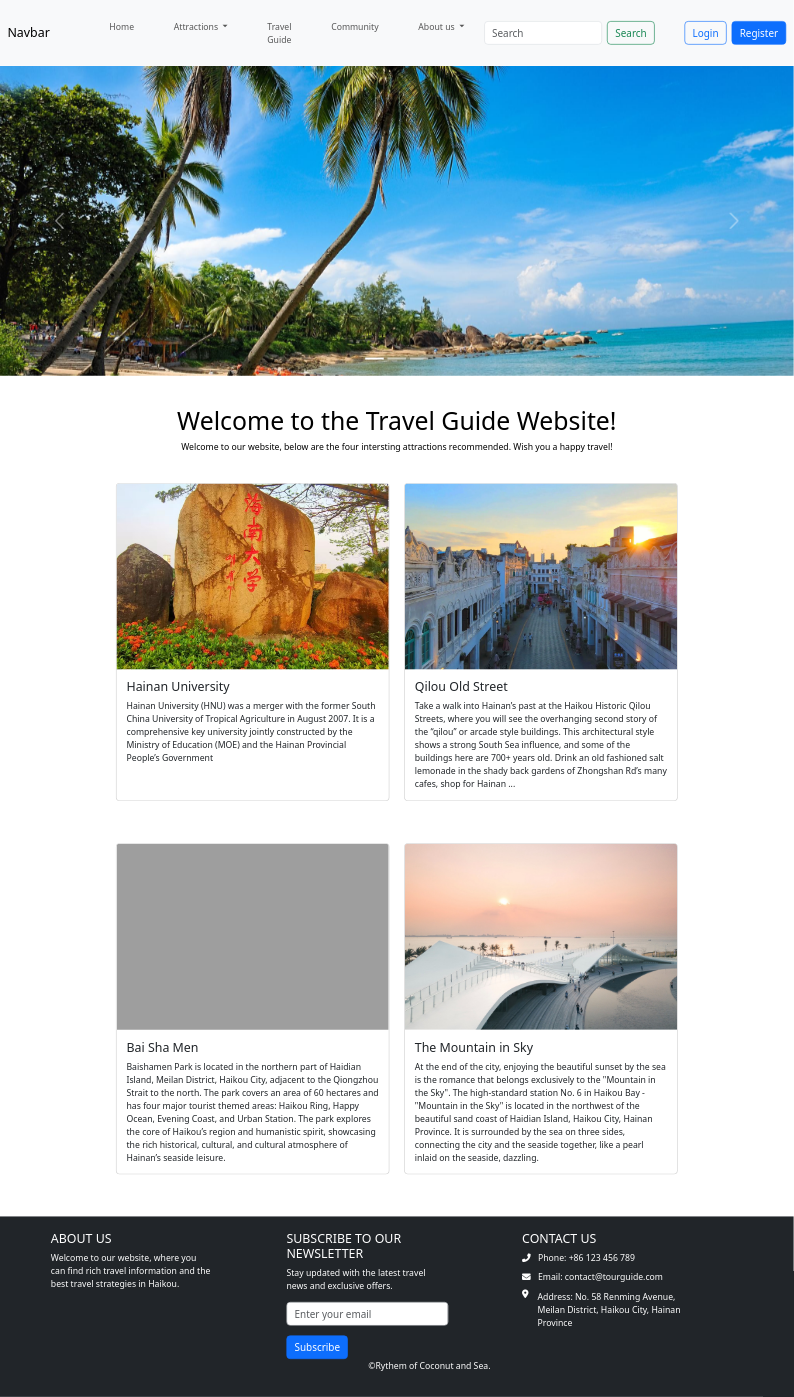
Repository: NIIT-RG6/web-project
Page: /
An editor plug-in stored every save of this project. The page is shown before and after the next save, followed by the edit.
The browser window is 1280 px wide. The pictures show the whole page, at 62% of full size.
Pictures or frames that could not be fetched are drawn as grey boxes. The project was rebuilt for these pictures with package versions that can differ from the ones it lists, and the page was loaded fresh each time. Also part of the build but not shown: vue.config.js, src/views/College.vue, src/views/Foods.vue, src/views/Park.vue, src/views/Sky.vue, src/views/Street.vue, src/views/StrategyHome.vue, src/views/StrategyBlog.vue and 6 more. Imported but missing from the stored project, and not drawn on this page: src/assets/js/vuetify.js.

Above is the page before, as saved 2024-10-25 03:54:59.

### src/main.js
import 'bootstrap/dist/css/bootstrap.min.css';
import 'bootstrap/dist/js/bootstrap.bundle.min.js';
import "element-plus/dist/index.css";
import '@fortawesome/fontawesome-free/css/all.css';

import * as ElementPlusIconsVue from "@element-plus/icons-vue";

import { createApp } from 'vue';
import App from './App.vue';
import router from './router';
//import vuetify from '../src/assets/js/vuetify'
import ElementPlus from "element-plus";



//import '../src/assets/js/vuetify'
import '@/assets/css/global.css'


createApp(App)
  .use(ElementPlus)
  .use(router)
  //.use(vuetify)
  .use((app) => {
    for (const [key, component] of Object.entries(ElementPlusIconsVue)) {
      app.component(key, component);
    }
  })
  .mount("#app");


// Vue.use(vuetify)
// Vue.config.productionTip = false
// new Vue({
//   vuetify,
//   router,
//   render: h => h(App)
// }).$mount('#app')

### src/App.vue
<template>
	<div id="app">
		<!-- 只有在当前路径不属于隐藏列表时才显示 NavBar -->
		<NavBar v-if="!shouldHideNavAndFooter" />

		<!-- 路由视图 -->
		<router-view />

		<!-- 只有在当前路径不属于隐藏列表时才显示 AppFooter -->
		<AppFooter v-if="!shouldHideNavAndFooter" />
	</div>
</template>

<script>
//import "./style.css";
import NavBar from './components/NavBar.vue';
import AppFooter from './components/AppFooter.vue';
import { computed } from 'vue';
import { useRoute } from 'vue-router';


export default {
	components: {
		NavBar,
		AppFooter
	},
	setup() {
		// 使用 useRoute 钩子获取当前路由
		const route = useRoute();

		// 定义需要隐藏 NavBar 和 AppFooter 的路径
		const hiddenRoutes = ['/login', '/register', '/forgot', '/about-us/contract', '/about-us/privacy'];

		// 判断当前路由路径是否在隐藏列表中
		const shouldHideNavAndFooter = computed(() => hiddenRoutes.includes(route.path));

		return {
			shouldHideNavAndFooter
		};
	}
};
</script>

<style scoped lang="less"></style>

### src/router/index.js
import { createRouter, createWebHistory } from 'vue-router';

// import vue from 'vue';
// import VueRouter from 'vue-router';

// Vue.use(VueRouter);
//Static import
import HomePage from '../views/HomePage.vue';
import College from '@/views/College.vue';
import Foods from '@/views/Foods.vue';
import Park from '@/views/Park.vue';
import Sky from '@/views/Sky.vue';
import Street from '@/views/Street.vue';
import StrategyHome from '../views/StrategyHome.vue';
import StrategyBlog from '../views/StrategyBlog.vue';
import InteractiveCommunity from '../views/InteractiveCommunity.vue';

// Dynamic import(lazy loading)
const LoginPage = () => import('@/views/LoginPage.vue');
const RegisterPage = () => import('@/views/RegisterPage.vue');
const ForgotPassword = () => import('@/views/ForgotPassword.vue');
const ContractPage = () => import('@/views/ContractPage.vue');
const PrivacyPolicy = () => import('@/views/PrivacyPolicy.vue');
const TeamPage = () => import('@/views/TeamPage.vue');

const routes = [
  //Static routes
  { path: '/', name: 'HomePage', component: HomePage },
  { path: '/attractions/college', name: 'College', component: College },
  { path: '/attractions/foods', name: 'Foods', component: Foods },
  { path: '/attractions/park', name: 'Park', component: Park },
  { path: '/attractions/sky', name: 'Sky', component: Sky },
  { path: '/attractions/street', name: 'Street', component: Street },
  { path: '/guide', name: 'Strategy', component: StrategyHome },
  { path: '/guide/blog', name: 'Strategy/Blog', component: StrategyBlog },
  { path: "/community", name: "community", component: InteractiveCommunity },

  // Dynamic routes(lazy loading)
  { path: '/login', name: 'LoginPage', component: LoginPage },
  { path: '/register', name: 'RegisterPage', component: RegisterPage },
  { path: '/forgot', name: 'ForgotPassword', component: ForgotPassword },
  { path: '/about-us/contract', name: 'ContractPage', component: ContractPage },
  { path: '/about-us/privacy', name: 'PrivacyPolicy', component: PrivacyPolicy },
  { path: '/about-us/team', name: 'TeamPage', component: TeamPage },

  // {
  //   path: '/login',
  //   name: 'login',
  //   component: () => import('@/views/LoginPage.vue')
  // },
  // {
  //   path: '/register',
  //   name: 'register',
  //   component: () => import('@/views/RegisterPage.vue')
  // },
  // {
  //   path: '/forgot',
  //   name: 'forgot',
  //   component: () => import('@/views/ForgotPassword.vue')
  // },
  // {
  //   path: '/Contract',
  //   name: 'Contract',
  //   component: () => import('@/views/ContractPage.vue')
  // },
  // {
  //   path: '/Privacy',
  //   name: 'Privacy',
  //   component: () => import('@/views/PrivacyPolicy.vue')
  // },
  // {
  //   path: '/Team',
  //   name: 'Team',
  //   component: () => import('@/views/TeamPage.vue')
  // }
];

const router = createRouter({
  history: createWebHistory(process.env.BASE_URL),
  routes
});

export default router;

### src/assets/css/global.css
/* * {
    box-sizing: border-box;
} */
 body {
    color: #000;
    font-size: 14px;
    margin: 0;
    padding: 0;
 }

### src/components/NavBar.vue
<template>
  <nav class="navbar navbar-expand-lg bg-body-tertiary py-4">
    <div class="container-fluid">
      <a class="navbar-brand" href="#">Navbar</a>
      <button class="navbar-toggler" type="button" data-bs-toggle="collapse" data-bs-target="#navbarSupportedContent"
        aria-controls="navbarSupportedContent" aria-expanded="false" aria-label="Toggle navigation">
        <span class="navbar-toggler-icon"></span>
      </button>
      <div class="collapse navbar-collapse" id="navbarSupportedContent">
        <ul class="navbar-nav me-auto mb-2 mb-lg-0 mx-5">
          <li class="nav-item mx-4">
            <router-link to="/" class="nav-link">Home</router-link>
          </li>

          <!-- Attractions Dropdown -->
          <li class="nav-item dropdown mx-4">
            <a class="nav-link dropdown-toggle" href="#" role="button" data-bs-toggle="dropdown" aria-expanded="false">
              Attractions
            </a>
            <ul class="dropdown-menu">
              <li><router-link to="/attractions/college" class="dropdown-item">Hainan University</router-link></li>
              <li><router-link to="/attractions/park" class="dropdown-item">Baishamen Park</router-link></li>
              <li><router-link to="/attractions/sky" class="dropdown-item">The Sky Mountain</router-link></li>
              <li><router-link to="/attractions/street" class="dropdown-item">Qilou Street</router-link></li>
              <li><router-link to="/attractions/foods" class="dropdown-item">Haikou Foods</router-link></li>
            </ul>
          </li>

          <li class="nav-item mx-4">
            <router-link to="/guide" class="nav-link">Travel Guide</router-link>
          </li>

          <li class="nav-item mx-4">
            <router-link to="/community" class="nav-link">Community</router-link>
          </li>

          <!-- About Us Dropdown -->
          <li class="nav-item dropdown mx-4">
            <a class="nav-link dropdown-toggle" href="#" role="button" data-bs-toggle="dropdown" aria-expanded="false">
              About us
            </a>
            <ul class="dropdown-menu">
              <li><router-link to="/about-us/team" class="dropdown-item">Team</router-link></li>
              <li><router-link to="/about-us/contract" class="dropdown-item">Contract</router-link></li>
              <li><router-link to="/about-us/privacy" class="dropdown-item">Privacy</router-link></li>
            </ul>
          </li>
        </ul>

        <!-- Search Form -->
        <form class="d-flex mx-auto" role="search">
          <input class="form-control me-2" type="search" placeholder="Search" aria-label="Search">
          <button class="btn btn-outline-success" type="submit">Search</button>
        </form>

        <!-- Login and Register Buttons -->
        <router-link to="/login" class="btn btn-outline-primary ms-5">Login</router-link>
        <router-link to="/register" class="btn btn-primary ms-2">Register</router-link>
      </div>
    </div>
  </nav>
</template>

<script>
export default {
  name: 'NavBar'
}
</script>

### src/components/AppFooter.vue
<template>
    <footer class="footer bg-dark text-white py-4">
        <div class="container">
            <div class="row">
                <!-- ABOUT US -->
                <div class="col-md-3">
                    <!-- <img :src="" alt=""> -->
                    <h5>ABOUT US</h5>
                    <p>Welcome to our website, where you can find rich travel information and the best travel strategies
                        in Haikou.</p>
                </div>

                <!-- NEWSLETTER SIGNUP -->
                <div class="col-md-3 offset-md-1">
                    <h5>SUBSCRIBE TO OUR NEWSLETTER</h5>
                    <p>Stay updated with the latest travel news and exclusive offers.</p>
                    <form>
                        <div class="mb-3">
                            <input type="email" class="form-control" placeholder="Enter your email" />
                        </div>
                        <button type="submit" class="btn btn-primary">Subscribe</button>
                    </form>
                </div>


                <!-- CONTACT US -->
                <div class="col-md-3 offset-md-1">
                    <h5>CONTACT US</h5>
                    <ul class="list-unstyled contact-info">
                        <li>
                            <i class="fas fa-phone-alt"></i> Phone: +86 123 456 789
                        </li>
                        <li>
                            <i class="fas fa-envelope"></i> Email: contact@tourguide.com
                        </li>
                        <li class="address-item">
                            <i class="fas fa-map-marker-alt"></i> Address: No. 58 Renming Avenue, Meilan District,
                            Haikou City, Hainan Province
                        </li>
                    </ul>
                </div>
            </div>
            <div class="row offset-md-1">
                <div class="col text-center">
                    <p>&copy;Rythem of Coconut and Sea. </p>
                </div>
            </div>
        </div>
    </footer>
</template>

<script>
export default {
    name: 'AppFooter'
}
</script>

<style scoped>
.footer {
    background-color: #343a40;
    color: #ffffff;
    padding: 20px 0;
}

.contact-info li {
    margin-bottom: 10px;
}

.contact-info i {
    margin-right: 8px;
}

.footer a {
    color: #ffffff;
    transition: color 0.3s;
}

.footer a:hover {
    color: #dddddd;
}

.address-item {
    position: relative;
    padding-left: 25px;
}

.address-item i {
    position: absolute;
    left: 0;
    top: 0;
}

.address-item span {
    display: inline-block;
    margin-left: 25px;
}
</style>

### src/views/HomePage.vue
<template>
    <div class="homepage">
        <!-- carousel slide -->

        <div id="carouselExampleIndicators" class="carousel slide">
            <div class="carousel-indicators">
                <button type="button" data-bs-target="#carouselExampleIndicators" data-bs-slide-to="0" class="active"
                    aria-current="true" aria-label="Slide 1"></button>
                <button type="button" data-bs-target="#carouselExampleIndicators" data-bs-slide-to="1"
                    aria-label="Slide 2"></button>
                <button type="button" data-bs-target="#carouselExampleIndicators" data-bs-slide-to="2"
                    aria-label="Slide 3"></button>
            </div>
            <div class="carousel-inner">
                <div class="carousel-item active">
                    <img :src="firstImage" class="d-block w-100 custom-carousel-img" alt="..." />
                </div>
                <div class="carousel-item">
                    <img :src="secondImage" class="d-block w-100 custom-carousel-img" alt="..." />
                </div>
                <div class="carousel-item">
                    <img :src="thirdImage" class="d-block w-100 custom-carousel-img" alt="..." />
                </div>
            </div>
            <button class="carousel-control-prev" type="button" data-bs-target="#carouselExampleIndicators"
                data-bs-slide="prev">
                <span class="carousel-control-prev-icon" aria-hidden="true"></span>
                <span class="visually-hidden">Previous</span>
            </button>
            <button class="carousel-control-next" type="button" data-bs-target="#carouselExampleIndicators"
                data-bs-slide="next">
                <span class="carousel-control-next-icon" aria-hidden="true"></span>
                <span class="visually-hidden">Next</span>
            </button>
        </div>

        <!-- main content -->
        <div class="container mt-5">
            <h1 class="text-center">Welcome to the Travel Guide Website!</h1>
            <p class="text-center">{{ message }}</p>
        </div>

        <!-- card -->
        <div class="container row mt-5 mx-auto justify-content-center">
            <div class="col-md-5 mb-5 card-group" v-for="(attraction, index) in Attractions" :key="index">
                <div class="card">
                    <img :src="attraction.image" class="card-img-top custom-card-img" :alt="attraction.name">
                    <div class="card-body">
                        <h5 class="card-title">{{ attraction.name }}</h5>
                        <p class="card-text">{{ attraction.description }}</p>
                    </div>
                </div>
            </div>
        </div>
    </div>
</template>

<script>
export default {
    name: "HomePage",
    data() {
        return {
            message: "Welcome to our website, below are the four intersting attractions recommended. Wish you a happy travel!",
            firstImage: require('@/assets/images/Carousel1.jpg'),
            secondImage: require('@/assets/images/QiLou.webp'),
            thirdImage: require('@/assets/images/SkyMountain.png'),
            Attractions: [
                {
                    name: 'Hainan University',
                    description: 'Hainan University (HNU) was a merger with the former South China University of Tropical Agriculture in August 2007. It is a comprehensive key university jointly constructed by the Ministry of Education (MOE) and the Hainan Provincial People’s Government',
                    image: require('@/assets/images/HNU.jpg')
                },
                {
                    name: 'Qilou Old Street',
                    description: 'Take a walk into Hainan’s past at the Haikou Historic Qilou Streets, where you will see the overhanging second story of the “qilou” or arcade style buildings. This architectural style shows a strong South Sea influence, and some of the buildings here are 700+ years old. Drink an old fashioned salt lemonade in the shady back gardens of Zhongshan Rd’s many cafes, shop for Hainan ...',
                    image: require('@/assets/images/QiLou.webp')
                },
                {
                    name: 'Bai Sha Men',
                    description: 'Baishamen Park is located in the northern part of Haidian Island, Meilan District, Haikou City, adjacent to the Qiongzhou Strait to the north. The park covers an area of 60 hectares and has four major tourist themed areas: Haikou Ring, Happy Ocean, Evening Coast, and Urban Station. The park explores the core of Haikou’s region and humanistic spirit, showcasing the rich historical, cultural, and cultural atmosphere of Hainan’s seaside leisure.',
                    image: require('@/assets/images/BaiShaMen.png')
                },
                {
                    name: 'The Mountain in Sky',
                    description: 'At the end of the city, enjoying the beautiful sunset by the sea is the romance that belongs exclusively to the "Mountain in the Sky". The high-standard station No. 6 in Haikou Bay - "Mountain in the Sky" is located in the northwest of the beautiful sand coast of Haidian Island, Haikou City, Hainan Province. It is surrounded by the sea on three sides, connecting the city and the seaside together, like a pearl inlaid on the seaside, dazzling.',
                    image: require('@/assets/images/SkyMountain.png')
                }
            ]
        };
    }
};
</script>

<style scoped>
.custom-carousel-img {
    height: 500px;
    object-fit: cover;
}

.card {
    margin-bottom: 20px;
}

.custom-card-img {
    height: 300px;
    object-fit: cover;
}
</style>

Loaded but not shown: public/index.html (common file)

After the next save:
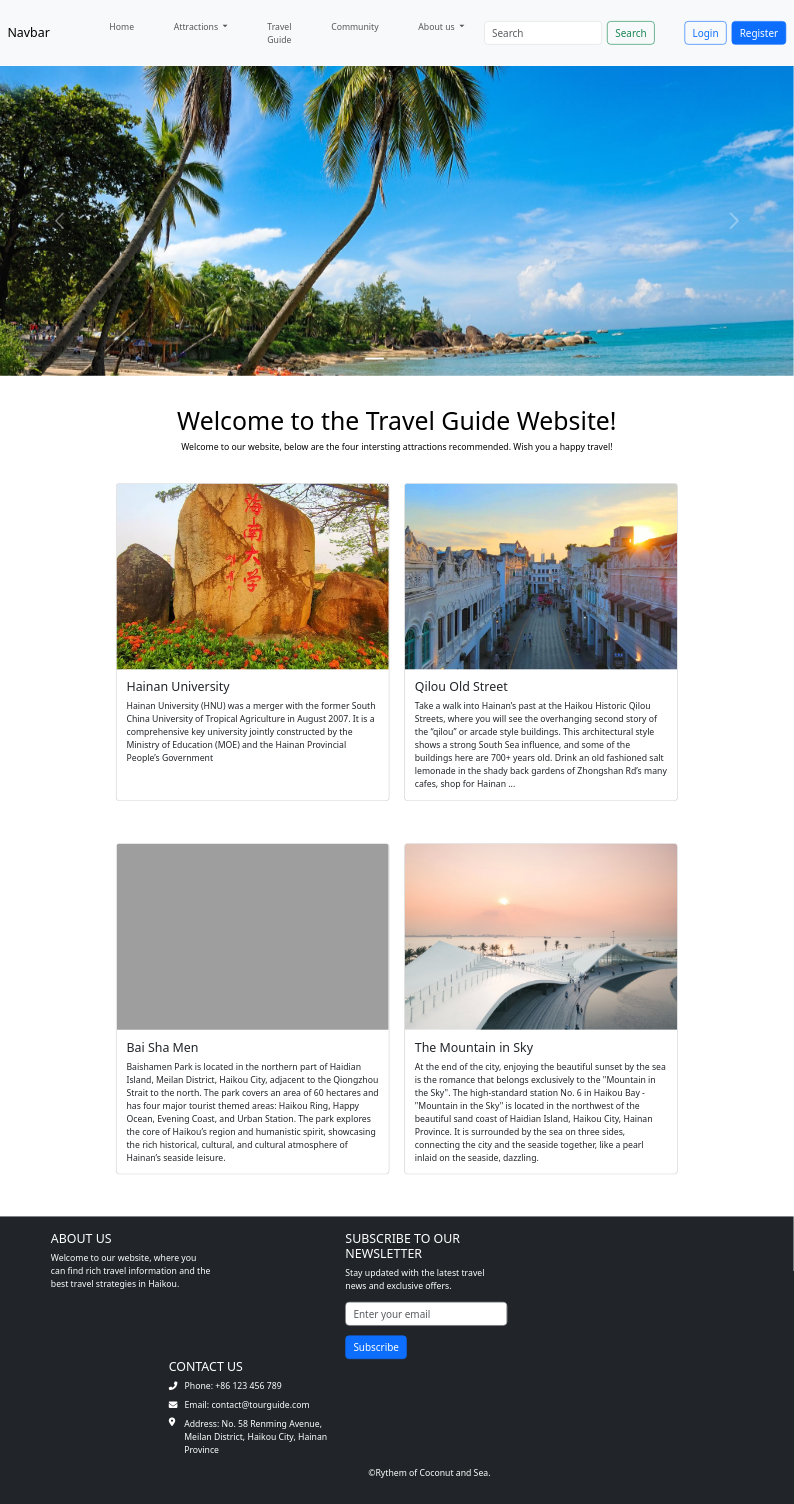
Saved 28 s later.
--- a/src/components/AppFooter.vue
+++ b/src/components/AppFooter.vue
@@ -11,7 +11,7 @@
                 </div>
 
                 <!-- NEWSLETTER SIGNUP -->
-                <div class="col-md-3 offset-md-1">
+                <div class="col-md-3 offset-md-2">
                     <h5>SUBSCRIBE TO OUR NEWSLETTER</h5>
                     <p>Stay updated with the latest travel news and exclusive offers.</p>
                     <form>
@@ -24,7 +24,7 @@
 
 
                 <!-- CONTACT US -->
-                <div class="col-md-3 offset-md-1">
+                <div class="col-md-3 offset-md-2">
                     <h5>CONTACT US</h5>
                     <ul class="list-unstyled contact-info">
                         <li>
